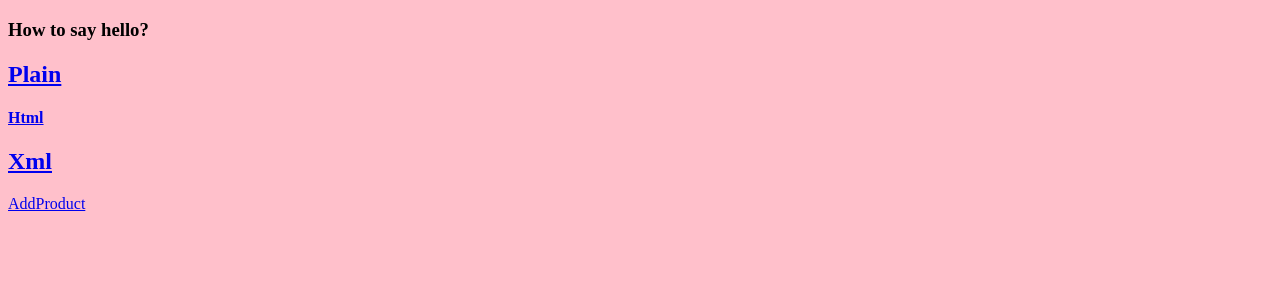
Repository: Pallavijoshii/Zen_Training
Page: RESTfulWebServices/TrivagoHotels/WebContent/index.html
These files come from the project's save history. The page is drawn as it stood at one moment and after the next save; the edit follows.
The browser window is 1280 px wide. The pictures show the whole page.

Above is the page before, as saved 2019-07-25 19:11:47.

After the next save:
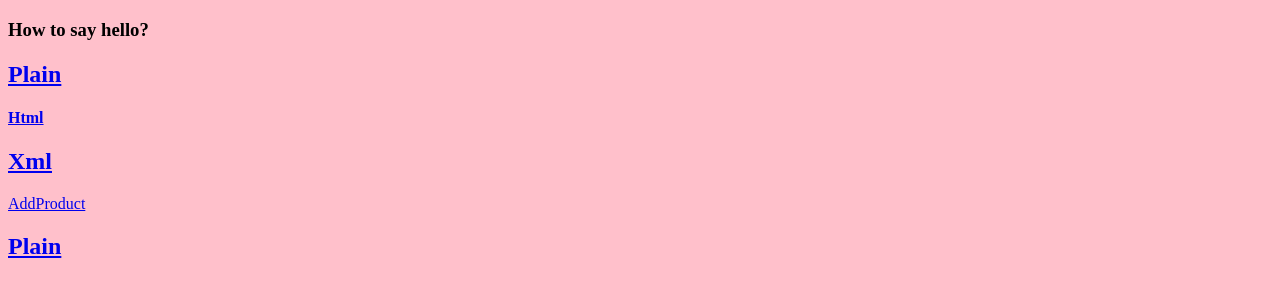
Saved 21 min 46 s later.
--- a/RESTfulWebServices/TrivagoHotels/WebContent/index.html
+++ b/RESTfulWebServices/TrivagoHotels/WebContent/index.html
@@ -19,5 +19,7 @@ body {
  <h2><a href="http://localhost:8084/HelloServices/zenrest/zenHellowelcomexml">Xml</a></h2>
 
  <p><a href="AddProduct.html">AddProduct</a></p>
+ <h2><a href="http://localhost:8084/HelloServices/zenrest/file/txt">Plain</a></h2>
+
 </body>
 </html>
